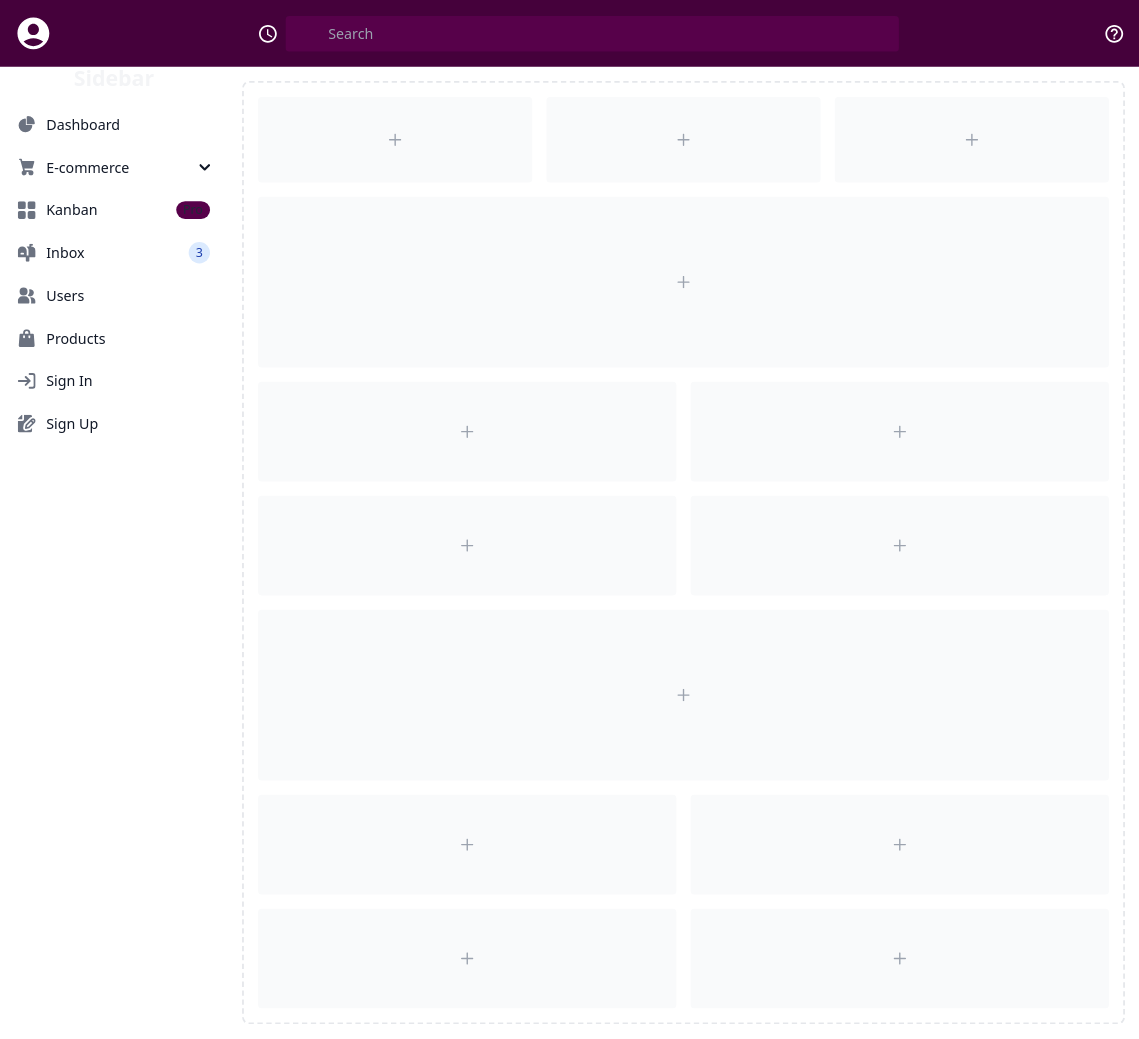
Repository: Shamraiz761/Slack_clone
Page: /
An editor plug-in stored every save of this project. The page is shown before and after the next save, followed by the edit.
The browser window is 1280 px wide. The pictures show the whole page, at 89% of full size.
The project was rebuilt for these pictures with package versions that can differ from the ones it lists, and the page was loaded fresh each time. Also part of the build but not shown: vite.config.js.

Above is the page before, as saved 2024-01-14 18:56:38.

### src/App.jsx

import React from 'react'
import Header from './components/header/Header'
import Sidebar from './components/sidebar/Sidebar'
function App() {

  return (
  <div className="">
    <div>
      <Header />
      </div>

      <Sidebar />
      {/* Other main content goes here */}
    </div>
  )
}

export default App

### src/components/header/Header.jsx
import React from 'react'
import AccessTimeIcon from '@mui/icons-material/AccessTime';
import HelpOutlineIcon from '@mui/icons-material/HelpOutline';
import AccountCircleIcon from '@mui/icons-material/AccountCircle';
function Header() {
  return (

    <nav className="bg-[#45013b] p-4" style={{background:''}}>
      <div className="container mx-auto flex items-center justify-between">
        {/* Left logos */}

          {/* Left logo */}
          <div className=" sm:mr-4 hidden sm:block">
          <AccountCircleIcon className='text-white text-larger hidden sm:block' style={{fontSize:'43px'}}/>

          </div>





        <div className="sm:w-full flex justify-center items-center">
        <div className="mr-2">
            <AccessTimeIcon className='text-white'/>


          </div>
          <input
            type="text"
            placeholder="Search"
            className=" p-2 px-12 bg-[#57014a] text-white border-none rounded w-32 sm:w-3/5"
          />
        </div>

        {/* Right logos */}
        <div className="flex items-center">

          <div className="ml-[-100px] sm:ml-4">
            <HelpOutlineIcon className='text-white'/>

          </div>
        </div>
      </div>
    </nav>
  )
}

export default Header

### src/components/sidebar/Sidebar.jsx
import React from "react";

function Sidebar() {
  return (
    <div className="relative">


      <aside
        id="sidebar-multi-level-sidebar"
        className="absolute top-full left-0 mt-[-1095px] w-64 h-screen transition-transform -translate-x-full sm:translate-x-0"
        aria-label="Sidebar"
      >
        <h1 className="text-center font-bold text-2xl text-gray-100">Sidebar</h1>
        <div className="h-full px-3 py-4 overflow-y-auto ">
          <ul className="space-y-2 font-medium">
            <li>
              <a
                href="#"
                className="flex items-center p-2 text-gray-900 rounded-lg dark:text-white hover:bg-[#57014a] dark:hover:bg-gray-700 group"
              >
                <svg
                  className="w-5 h-5 text-gray-500 transition duration-75 dark:text-gray-400 group-hover:text-gray-900 dark:group-hover:text-white"
                  aria-hidden="true"
                  xmlns="http://www.w3.org/2000/svg"
                  fill="currentColor"
                  viewBox="0 0 22 21"
                >
                  <path d="M16.975 11H10V4.025a1 1 0 0 0-1.066-.998 8.5 8.5 0 1 0 9.039 9.039.999.999 0 0 0-1-1.066h.002Z" />
                  <path d="M12.5 0c-.157 0-.311.01-.565.027A1 1 0 0 0 11 1.02V10h8.975a1 1 0 0 0 1-.935c.013-.188.028-.374.028-.565A8.51 8.51 0 0 0 12.5 0Z" />
                </svg>
                <span className="ms-3">Dashboard</span>
              </a>
            </li>
            <li>
              <button
                type="button"
                className="flex items-center w-full p-2 text-base text-gray-900 transition duration-75 rounded-lg group hover:bg-[#57014a] dark:text-white dark:hover:bg-gray-700"
                aria-controls="dropdown-example"
                data-collapse-toggle="dropdown-example"
              >
                <svg
                  className="flex-shrink-0 w-5 h-5 text-gray-500 transition duration-75 group-hover:text-gray-900 dark:text-gray-400 dark:group-hover:text-white"
                  aria-hidden="true"
                  xmlns="http://www.w3.org/2000/svg"
                  fill="currentColor"
                  viewBox="0 0 18 21"
                >
                  <path d="M15 12a1 1 0 0 0 .962-.726l2-7A1 1 0 0 0 17 3H3.77L3.175.745A1 1 0 0 0 2.208 0H1a1 1 0 0 0 0 2h.438l.6 2.255v.019l2 7 .746 2.986A3 3 0 1 0 9 17a2.966 2.966 0 0 0-.184-1h2.368c-.118.32-.18.659-.184 1a3 3 0 1 0 3-3H6.78l-.5-2H15Z" />
                </svg>
                <span className="flex-1 ms-3 text-left rtl:text-right whitespace-nowrap">
                  E-commerce
                </span>
                <svg
                  className="w-3 h-3"
                  aria-hidden="true"
                  xmlns="http://www.w3.org/2000/svg"
                  fill="none"
                  viewBox="0 0 10 6"
                >
                  <path
                    stroke="currentColor"
                    stroke-linecap="round"
                    stroke-linejoin="round"
                    stroke-width="2"
                    d="m1 1 4 4 4-4"
                  />
                </svg>
              </button>
              <ul id="dropdown-example" className="hidden py-2 space-y-2">
                <li>
                  <a
                    href="#"
                    className="flex items-center w-full p-2 text-gray-900 transition duration-75 rounded-lg pl-11 group hover:bg-[#57014a] dark:text-white dark:hover:bg-gray-700"
                  >
                    Products
                  </a>
                </li>
                <li>
                  <a
                    href="#"
                    className="flex items-center w-full p-2 text-gray-900 transition duration-75 rounded-lg pl-11 group hover:bg-[#57014a] dark:text-white dark:hover:bg-gray-700"
                  >
                    Billing
                  </a>
                </li>
                <li>
                  <a
                    href="#"
                    className="flex items-center w-full p-2 text-gray-900 transition duration-75 rounded-lg pl-11 group hover:bg-[#57014a] dark:text-white dark:hover:bg-gray-700"
                  >
                    Invoice
                  </a>
                </li>
              </ul>
            </li>
            <li>
              <a
                href="#"
                className="flex items-center p-2 text-gray-900 rounded-lg dark:text-white hover:bg-[#57014a] dark:hover:bg-gray-700 group"
              >
                <svg
                  className="flex-shrink-0 w-5 h-5 text-gray-500 transition duration-75 dark:text-gray-400 group-hover:text-gray-900 dark:group-hover:text-white"
                  aria-hidden="true"
                  xmlns="http://www.w3.org/2000/svg"
                  fill="currentColor"
                  viewBox="0 0 18 18"
                >
                  <path d="M6.143 0H1.857A1.857 1.857 0 0 0 0 1.857v4.286C0 7.169.831 8 1.857 8h4.286A1.857 1.857 0 0 0 8 6.143V1.857A1.857 1.857 0 0 0 6.143 0Zm10 0h-4.286A1.857 1.857 0 0 0 10 1.857v4.286C10 7.169 10.831 8 11.857 8h4.286A1.857 1.857 0 0 0 18 6.143V1.857A1.857 1.857 0 0 0 16.143 0Zm-10 10H1.857A1.857 1.857 0 0 0 0 11.857v4.286C0 17.169.831 18 1.857 18h4.286A1.857 1.857 0 0 0 8 16.143v-4.286A1.857 1.857 0 0 0 6.143 10Zm10 0h-4.286A1.857 1.857 0 0 0 10 11.857v4.286c0 1.026.831 1.857 1.857 1.857h4.286A1.857 1.857 0 0 0 18 16.143v-4.286A1.857 1.857 0 0 0 16.143 10Z" />
                </svg>
                <span className="flex-1 ms-3 whitespace-nowrap">Kanban</span>
                <span className="inline-flex items-center justify-center px-2 ms-3 text-sm font-medium text-gray-800 bg-[#57014a] rounded-full dark:bg-gray-700 dark:text-gray-300">
                  Pro
                </span>
              </a>
            </li>
            <li>
              <a
                href="#"
                className="flex items-center p-2 text-gray-900 rounded-lg dark:text-white hover:bg-[#57014a] dark:hover:bg-gray-700 group"
              >
                <svg
                  className="flex-shrink-0 w-5 h-5 text-gray-500 transition duration-75 dark:text-gray-400 group-hover:text-gray-900 dark:group-hover:text-white"
                  aria-hidden="true"
                  xmlns="http://www.w3.org/2000/svg"
                  fill="currentColor"
                  viewBox="0 0 20 20"
                >
                  <path d="m17.418 3.623-.018-.008a6.713 6.713 0 0 0-2.4-.569V2h1a1 1 0 1 0 0-2h-2a1 1 0 0 0-1 1v2H9.89A6.977 6.977 0 0 1 12 8v5h-2V8A5 5 0 1 0 0 8v6a1 1 0 0 0 1 1h8v4a1 1 0 0 0 1 1h2a1 1 0 0 0 1-1v-4h6a1 1 0 0 0 1-1V8a5 5 0 0 0-2.582-4.377ZM6 12H4a1 1 0 0 1 0-2h2a1 1 0 0 1 0 2Z" />
                </svg>
                <span className="flex-1 ms-3 whitespace-nowrap">Inbox</span>
                <span className="inline-flex items-center justify-center w-3 h-3 p-3 ms-3 text-sm font-medium text-blue-800 bg-blue-100 rounded-full dark:bg-blue-900 dark:text-blue-300">
                  3
                </span>
              </a>
            </li>
            <li>
              <a
                href="#"
                className="flex items-center p-2 text-gray-900 rounded-lg dark:text-white hover:bg-[#57014a] dark:hover:bg-gray-700 group"
              >
                <svg
                  className="flex-shrink-0 w-5 h-5 text-gray-500 transition duration-75 dark:text-gray-400 group-hover:text-gray-900 dark:group-hover:text-white"
                  aria-hidden="true"
                  xmlns="http://www.w3.org/2000/svg"
                  fill="currentColor"
                  viewBox="0 0 20 18"
                >
                  <path d="M14 2a3.963 3.963 0 0 0-1.4.267 6.439 6.439 0 0 1-1.331 6.638A4 4 0 1 0 14 2Zm1 9h-1.264A6.957 6.957 0 0 1 15 15v2a2.97 2.97 0 0 1-.184 1H19a1 1 0 0 0 1-1v-1a5.006 5.006 0 0 0-5-5ZM6.5 9a4.5 4.5 0 1 0 0-9 4.5 4.5 0 0 0 0 9ZM8 10H5a5.006 5.006 0 0 0-5 5v2a1 1 0 0 0 1 1h11a1 1 0 0 0 1-1v-2a5.006 5.006 0 0 0-5-5Z" />
                </svg>
                <span className="flex-1 ms-3 whitespace-nowrap">Users</span>
              </a>
            </li>
            <li>
              <a
                href="#"
                className="flex items-center p-2 text-gray-900 rounded-lg dark:text-white hover:bg-[#57014a] dark:hover:bg-gray-700 group"
              >
                <svg
                  className="flex-shrink-0 w-5 h-5 text-gray-500 transition duration-75 dark:text-gray-400 group-hover:text-gray-900 dark:group-hover:text-white"
                  aria-hidden="true"
                  xmlns="http://www.w3.org/2000/svg"
                  fill="currentColor"
                  viewBox="0 0 18 20"
                >
                  <path d="M17 5.923A1 1 0 0 0 16 5h-3V4a4 4 0 1 0-8 0v1H2a1 1 0 0 0-1 .923L.086 17.846A2 2 0 0 0 2.08 20h13.84a2 2 0 0 0 1.994-2.153L17 5.923ZM7 9a1 1 0 0 1-2 0V7h2v2Zm0-5a2 2 0 1 1 4 0v1H7V4Zm6 5a1 1 0 1 1-2 0V7h2v2Z" />
                </svg>
                <span className="flex-1 ms-3 whitespace-nowrap">Products</span>
              </a>
            </li>
            <li>
              <a
                href="#"
                className="flex items-center p-2 text-gray-900 rounded-lg dark:text-white hover:bg-[#57014a] dark:hover:bg-gray-700 group"
              >
                <svg
                  className="flex-shrink-0 w-5 h-5 text-gray-500 transition duration-75 dark:text-gray-400 group-hover:text-gray-900 dark:group-hover:text-white"
                  aria-hidden="true"
                  xmlns="http://www.w3.org/2000/svg"
                  fill="none"
                  viewBox="0 0 18 16"
                >
                  <path
                    stroke="currentColor"
                    stroke-linecap="round"
                    stroke-linejoin="round"
                    stroke-width="2"
                    d="M1 8h11m0 0L8 4m4 4-4 4m4-11h3a2 2 0 0 1 2 2v10a2 2 0 0 1-2 2h-3"
                  />
                </svg>
                <span className="flex-1 ms-3 whitespace-nowrap">Sign In</span>
              </a>
            </li>
            <li>
              <a
                href="#"
                className="flex items-center p-2 text-gray-900 rounded-lg dark:text-white hover:bg-[#57014a] dark:hover:bg-gray-700 group"
              >
                <svg
                  className="flex-shrink-0 w-5 h-5 text-gray-500 transition duration-75 dark:text-gray-400 group-hover:text-gray-900 dark:group-hover:text-white"
                  aria-hidden="true"
                  xmlns="http://www.w3.org/2000/svg"
                  fill="currentColor"
                  viewBox="0 0 20 20"
                >
                  <path d="M5 5V.13a2.96 2.96 0 0 0-1.293.749L.879 3.707A2.96 2.96 0 0 0 .13 5H5Z" />
                  <path d="M6.737 11.061a2.961 2.961 0 0 1 .81-1.515l6.117-6.116A4.839 4.839 0 0 1 16 2.141V2a1.97 1.97 0 0 0-1.933-2H7v5a2 2 0 0 1-2 2H0v11a1.969 1.969 0 0 0 1.933 2h12.134A1.97 1.97 0 0 0 16 18v-3.093l-1.546 1.546c-.413.413-.94.695-1.513.81l-3.4.679a2.947 2.947 0 0 1-1.85-.227 2.96 2.96 0 0 1-1.635-3.257l.681-3.397Z" />
                  <path d="M8.961 16a.93.93 0 0 0 .189-.019l3.4-.679a.961.961 0 0 0 .49-.263l6.118-6.117a2.884 2.884 0 0 0-4.079-4.078l-6.117 6.117a.96.96 0 0 0-.263.491l-.679 3.4A.961.961 0 0 0 8.961 16Zm7.477-9.8a.958.958 0 0 1 .68-.281.961.961 0 0 1 .682 1.644l-.315.315-1.36-1.36.313-.318Zm-5.911 5.911 4.236-4.236 1.359 1.359-4.236 4.237-1.7.339.341-1.699Z" />
                </svg>
                <span className="flex-1 ms-3 whitespace-nowrap">Sign Up</span>
              </a>
            </li>
          </ul>
        </div>
      </aside>

      <div className="p-4 sm:ml-64">
        <div className="p-4 border-2 border-gray-200 border-dashed rounded-lg dark:border-gray-700">
          <div className="grid grid-cols-3 gap-4 mb-4">
            <div className="flex items-center justify-center h-24 rounded bg-gray-50 dark:bg-gray-800">
              <p className="text-2xl text-gray-400 dark:text-gray-500">
                <svg
                  className="w-3.5 h-3.5"
                  aria-hidden="true"
                  xmlns="http://www.w3.org/2000/svg"
                  fill="none"
                  viewBox="0 0 18 18"
                >
                  <path
                    stroke="currentColor"
                    stroke-linecap="round"
                    stroke-linejoin="round"
                    stroke-width="2"
                    d="M9 1v16M1 9h16"
                  />
                </svg>
              </p>
            </div>
            <div className="flex items-center justify-center h-24 rounded bg-gray-50 dark:bg-gray-800">
              <p className="text-2xl text-gray-400 dark:text-gray-500">
                <svg
                  className="w-3.5 h-3.5"
                  aria-hidden="true"
                  xmlns="http://www.w3.org/2000/svg"
                  fill="none"
                  viewBox="0 0 18 18"
                >
                  <path
                    stroke="currentColor"
                    stroke-linecap="round"
                    stroke-linejoin="round"
                    stroke-width="2"
                    d="M9 1v16M1 9h16"
                  />
                </svg>
              </p>
            </div>
            <div className="flex items-center justify-center h-24 rounded bg-gray-50 dark:bg-gray-800">
              <p className="text-2xl text-gray-400 dark:text-gray-500">
                <svg
                  className="w-3.5 h-3.5"
                  aria-hidden="true"
                  xmlns="http://www.w3.org/2000/svg"
                  fill="none"
                  viewBox="0 0 18 18"
                >
                  <path
                    stroke="currentColor"
                    stroke-linecap="round"
                    stroke-linejoin="round"
                    stroke-width="2"
                    d="M9 1v16M1 9h16"
                  />
                </svg>
              </p>
            </div>
          </div>
          <div className="flex items-center justify-center h-48 mb-4 rounded bg-gray-50 dark:bg-gray-800">
            <p className="text-2xl text-gray-400 dark:text-gray-500">
              <svg
                className="w-3.5 h-3.5"
                aria-hidden="true"
                xmlns="http://www.w3.org/2000/svg"
                fill="none"
                viewBox="0 0 18 18"
              >
                <path
                  stroke="currentColor"
                  stroke-linecap="round"
                  stroke-linejoin="round"
                  stroke-width="2"
                  d="M9 1v16M1 9h16"
                />
              </svg>
            </p>
          </div>
          <div className="grid grid-cols-2 gap-4 mb-4">
            <div className="flex items-center justify-center rounded bg-gray-50 h-28 dark:bg-gray-800">
              <p className="text-2xl text-gray-400 dark:text-gray-500">
                <svg
                  className="w-3.5 h-3.5"
                  aria-hidden="true"
                  xmlns="http://www.w3.org/2000/svg"
                  fill="none"
                  viewBox="0 0 18 18"
                >
                  <path
                    stroke="currentColor"
                    stroke-linecap="round"
                    stroke-linejoin="round"
                    stroke-width="2"
                    d="M9 1v16M1 9h16"
                  />
                </svg>
              </p>
            </div>
            <div className="flex items-center justify-center rounded bg-gray-50 h-28 dark:bg-gray-800">
              <p className="text-2xl text-gray-400 dark:text-gray-500">
                <svg
                  className="w-3.5 h-3.5"
                  aria-hidden="true"
                  xmlns="http://www.w3.org/2000/svg"
                  fill="none"
                  viewBox="0 0 18 18"
                >
                  <path
                    stroke="currentColor"
                    stroke-linecap="round"
                    stroke-linejoin="round"
                    stroke-width="2"
                    d="M9 1v16M1 9h16"
                  />
                </svg>
              </p>
            </div>
            <div className="flex items-center justify-center rounded bg-gray-50 h-28 dark:bg-gray-800">
              <p className="text-2xl text-gray-400 dark:text-gray-500">
                <svg
                  className="w-3.5 h-3.5"
                  aria-hidden="true"
                  xmlns="http://www.w3.org/2000/svg"
                  fill="none"
                  viewBox="0 0 18 18"
                >
                  <path
                    stroke="currentColor"
                    stroke-linecap="round"
                    stroke-linejoin="round"
                    stroke-width="2"
                    d="M9 1v16M1 9h16"
                  />
                </svg>
              </p>
            </div>
            <div className="flex items-center justify-center rounded bg-gray-50 h-28 dark:bg-gray-800">
              <p className="text-2xl text-gray-400 dark:text-gray-500">
                <svg
                  className="w-3.5 h-3.5"
                  aria-hidden="true"
                  xmlns="http://www.w3.org/2000/svg"
                  fill="none"
                  viewBox="0 0 18 18"
                >
                  <path
                    stroke="currentColor"
                    stroke-linecap="round"
                    stroke-linejoin="round"
                    stroke-width="2"
                    d="M9 1v16M1 9h16"
                  />
                </svg>
              </p>
            </div>
          </div>
          <div className="flex items-center justify-center h-48 mb-4 rounded bg-gray-50 dark:bg-gray-800">
            <p className="text-2xl text-gray-400 dark:text-gray-500">
              <svg
                className="w-3.5 h-3.5"
                aria-hidden="true"
                xmlns="http://www.w3.org/2000/svg"
                fill="none"
                viewBox="0 0 18 18"
              >
                <path
                  stroke="currentColor"
                  stroke-linecap="round"
                  stroke-linejoin="round"
                  stroke-width="2"
                  d="M9 1v16M1 9h16"
                />
              </svg>
            </p>
          </div>
          <div className="grid grid-cols-2 gap-4">
            <div className="flex items-center justify-center rounded bg-gray-50 h-28 dark:bg-gray-800">
              <p className="text-2xl text-gray-400 dark:text-gray-500">
                <svg
                  className="w-3.5 h-3.5"
                  aria-hidden="true"
                  xmlns="http://www.w3.org/2000/svg"
                  fill="none"
                  viewBox="0 0 18 18"
                >
                  <path
                    stroke="currentColor"
                    stroke-linecap="round"
                    stroke-linejoin="round"
                    stroke-width="2"
                    d="M9 1v16M1 9h16"
                  />
                </svg>
              </p>
            </div>
            <div className="flex items-center justify-center rounded bg-gray-50 h-28 dark:bg-gray-800">
              <p className="text-2xl text-gray-400 dark:text-gray-500">
                <svg
                  className="w-3.5 h-3.5"
                  aria-hidden="true"
                  xmlns="http://www.w3.org/2000/svg"
                  fill="none"
                  viewBox="0 0 18 18"
                >
                  <path
                    stroke="currentColor"
                    stroke-linecap="round"
                    stroke-linejoin="round"
                    stroke-width="2"
                    d="M9 1v16M1 9h16"
                  />
                </svg>
              </p>
            </div>
            <div className="flex items-center justify-center rounded bg-gray-50 h-28 dark:bg-gray-800">
              <p className="text-2xl text-gray-400 dark:text-gray-500">
                <svg
                  className="w-3.5 h-3.5"
                  aria-hidden="true"
                  xmlns="http://www.w3.org/2000/svg"
                  fill="none"
                  viewBox="0 0 18 18"
                >
                  <path
                    stroke="currentColor"
                    stroke-linecap="round"
                    stroke-linejoin="round"
                    stroke-width="2"
                    d="M9 1v16M1 9h16"
                  />
                </svg>
              </p>
            </div>
            <div className="flex items-center justify-center rounded bg-gray-50 h-28 dark:bg-gray-800">
              <p className="text-2xl text-gray-400 dark:text-gray-500">
                <svg
                  className="w-3.5 h-3.5"
                  aria-hidden="true"
                  xmlns="http://www.w3.org/2000/svg"
                  fill="none"
                  viewBox="0 0 18 18"
                >
                  <path
                    stroke="currentColor"
                    stroke-linecap="round"
                    stroke-linejoin="round"
                    stroke-width="2"
                    d="M9 1v16M1 9h16"
                  />
                </svg>
              </p>
            </div>
          </div>
        </div>
      </div>
    </div>
  );
}

export default Sidebar;

Loaded but not shown: index.html (common file); src/main.jsx (common file); src/index.css (common file); tailwind.config.js (common file)

After the next save:
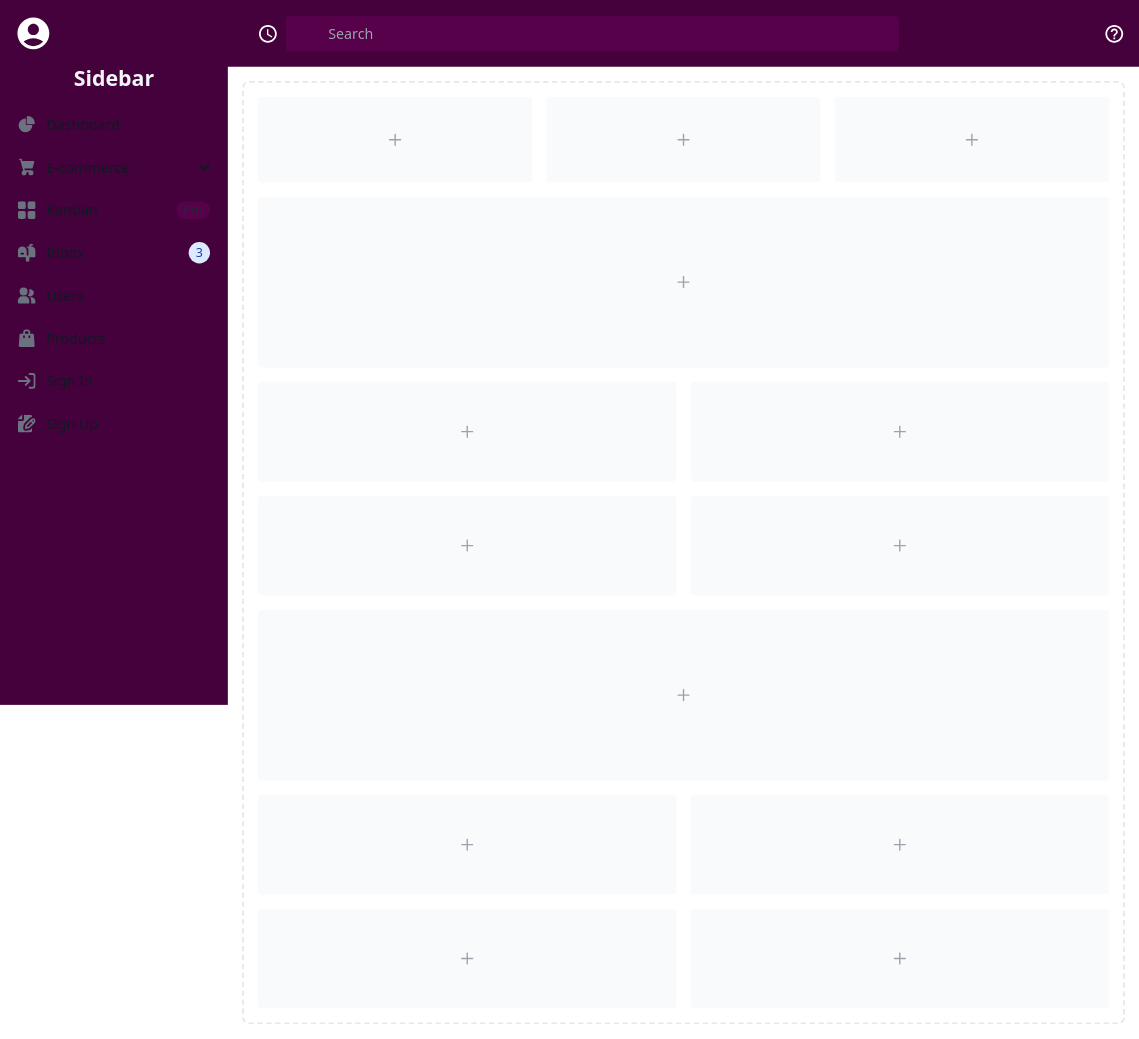
Saved 4 s later.
--- a/src/components/sidebar/Sidebar.jsx
+++ b/src/components/sidebar/Sidebar.jsx
@@ -7,7 +7,7 @@ function Sidebar() {
 
       <aside
         id="sidebar-multi-level-sidebar"
-        className="absolute top-full left-0 mt-[-1095px] w-64 h-screen transition-transform -translate-x-full sm:translate-x-0"
+        className="absolute top-full left-0 mt-[-1095px]  bg-[#45013b] w-64 h-screen transition-transform -translate-x-full sm:translate-x-0"
         aria-label="Sidebar"
       >
         <h1 className="text-center font-bold text-2xl text-gray-100">Sidebar</h1>
